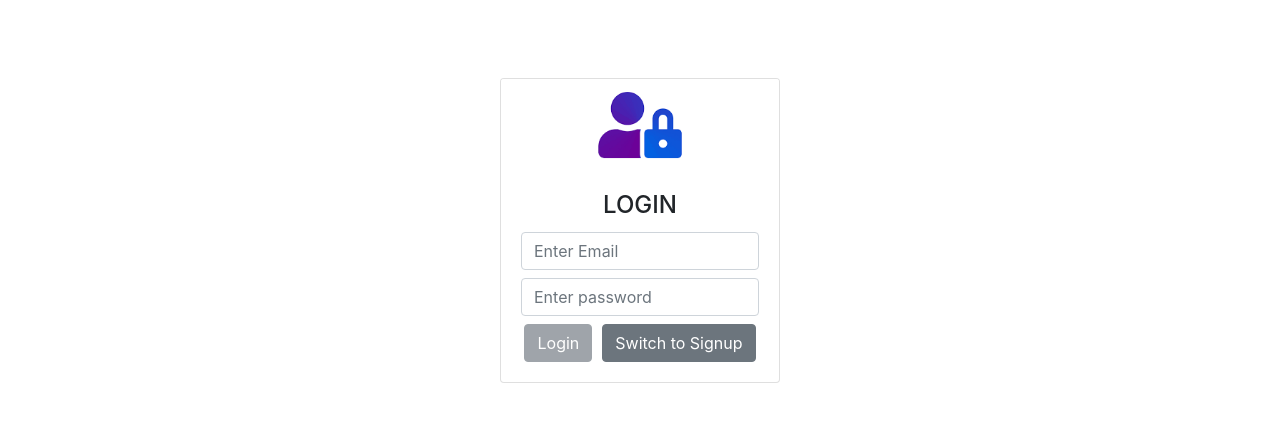
Repository: hosseinemami1370/iranicard
Page: /auth
An editor plug-in stored every save of this project. The page is shown before and after the next save, followed by the edit.
The browser window is 1280 px wide. The pictures show the whole page.
The project was rebuilt for these pictures with package versions that can differ from the ones it lists, and the page was loaded fresh each time. The framework's server and built-in components were replaced by stand-ins that run in the browser. Also part of the build but not shown: nuxt.config.js, components/Header.vue, components/Logo.vue, components/UI/AppButton.vue, components/navigation/Header.vue, layouts/error.vue, layouts/header.vue.

Above is the page before, as saved 2021-03-15 11:42:29.

After the next save:
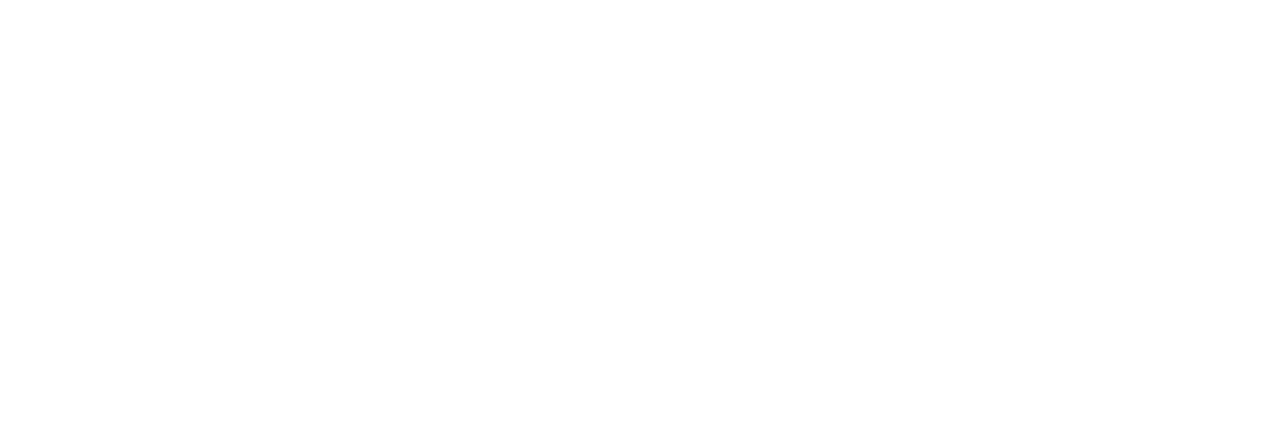
Saved 80 s later.
--- a/pages/auth/index.vue
+++ b/pages/auth/index.vue
@@ -42,7 +42,6 @@
 
      email: {
        required,
-        minLength: minLength(6),
         email
      },
    },

After the save that followed:
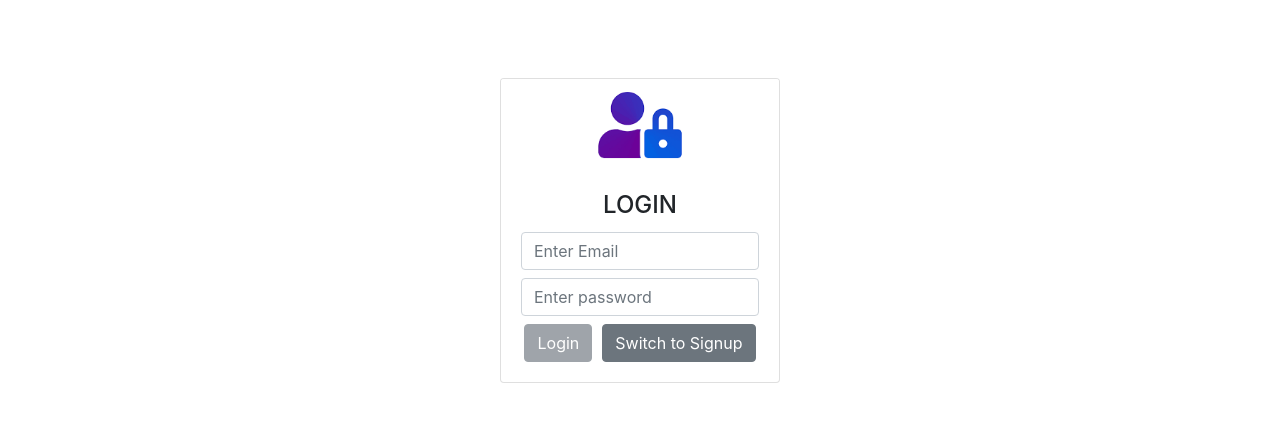
Saved 6 s later.
--- a/pages/auth/index.vue
+++ b/pages/auth/index.vue
@@ -6,7 +6,7 @@
           <b-form-input  id="email"  v-model.trim="email"  @input="$v.email.$touch()" placeholder="Enter Email">
           </b-form-input>
           <!-- <p class="error" v-if="!$v.email.required">this field is required</p> -->
-          <p class="error" v-if="!$v.email.minLength">Field must have at least {{ $v.email.$params.minLength.min }} characters.</p>
+          <!-- <p class="error" v-if="!$v.email.minLength">Field must have at least {{ $v.email.$params.minLength.min }} characters.</p> -->
 
           <b-form-input type="password" class="mt-2" required id="password" v-model="password" placeholder="Enter password">
           </b-form-input>
